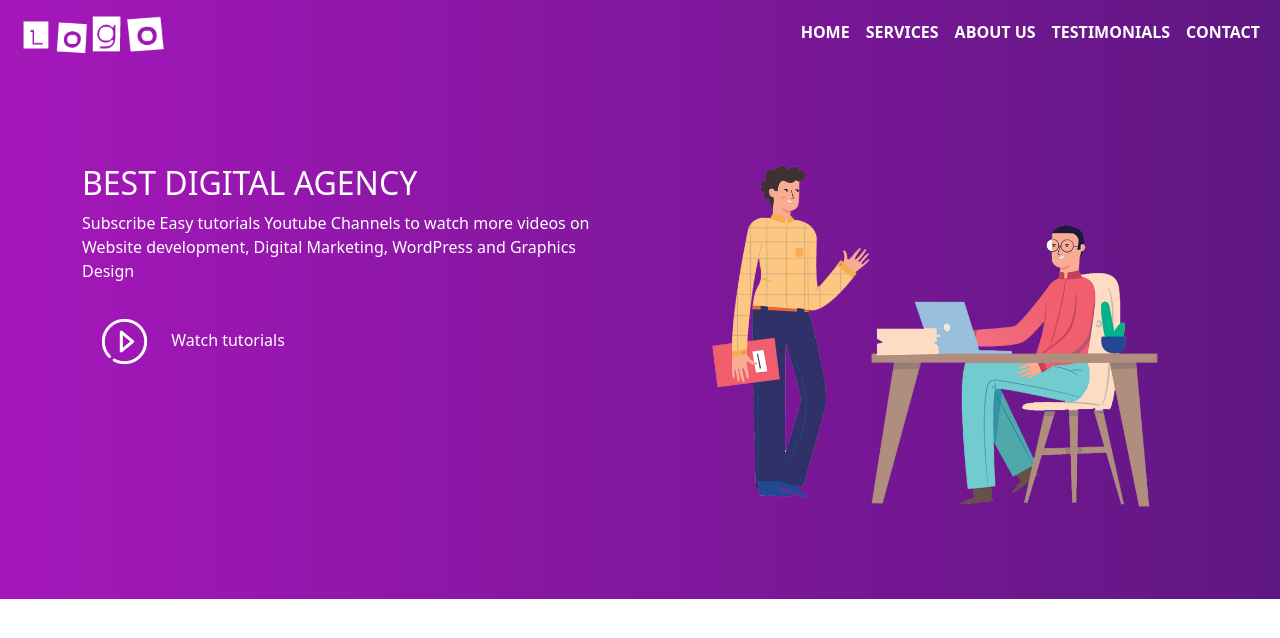
Repository: wadelfadill/Bootstrap_tache_2_website_design
Page: index.html
An editor plug-in stored every save of this project. The page is shown before and after the next save, followed by the edit.
The browser window is 1280 px wide. The pictures show the whole page.
Some web libraries are served in a nearby version.

Above is the page before, as saved 2023-04-05 16:10:12.

### index.html
<!DOCTYPE html>
<html lang="en">
<head>
    <meta charset="UTF-8">
    <meta http-equiv="X-UA-Compatible" content="IE=edge">
    <meta name="viewport" content="width=device-width, initial-scale=1.0">
    <!-- bootstrap css link -->
    <link href="https://cdn.jsdelivr.net/npm/bootstrap@5.1.3/dist/css/bootstrap.min.css" rel="stylesheet" integrity="sha384-1BmE4kWBq78iYhFldvKuhfTAU6auU8tT94WrHftjDbrCEXSU1oBoqyl2QvZ6jIW3" crossorigin="anonymous">
    <!-- css sheet link -->
    <link rel="stylesheet" href="style.css">
    <!-- fontawsome link -->
    <link rel="stylesheet" href="https://cdn.jsdelivr.net/npm/@fortawesome/fontawesome-free@6.2.1/css/fontawesome.min.css">
    <title>bootstrap_website_design</title>
    <script src="https://kit.fontawesome.com/8f130c8a35.js" crossorigin="anonymous"></script>
</head>
<body>
    <section id="nav-bar" class="sticky-top t-0">
        <nav class="navbar navbar-expand-lg navbar-light p-0">
            <div class="container-fluid">
              <a class="navbar-brand" href="#"><img src="images/demo-logo.png" alt="" class="w-75 h-50 p-2"></a>
              <button class="navbar-toggler" type="button" data-bs-toggle="collapse" data-bs-target="#navbarSupportedContent" aria-controls="navbarSupportedContent" aria-expanded="false" aria-label="Toggle navigation">
                <span><i class="fa-solid fa-bars fs-1" style="color: #ffffff;"></i></span>
              </button>
              <div class="collapse navbar-collapse justify-content-end" id="navbarSupportedContent">
                <ul class="navbar-nav ms-auto mb-2 mb-lg-0 ">
                  <li class="nav-item pt-0 pb-1 fw-bold">
                    <a class="nav-link active text-white float-end text-start" aria-current="page" href="#">HOME</a>
                  </li>
                  <li class="nav-item pt-0 pb-1 fw-bold">
                    <a class="nav-link text-white float-end text-start" href="#">SERVICES</a>
                  </li>
                  <li class="nav-item pt-0 pb-1 fw-bold">
                    <a class="nav-link text-white float-end text-start" href="#">ABOUT US</a>
                  </li>
                  <li class="nav-item pt-0 pb-1 fw-bold">
                    <a class="nav-link text-white float-end text-start" href="#">TESTIMONIALS</a>
                  </li>
                  <li class="nav-item pt-0 pb-1 fw-bold">
                    <a class="nav-link text-white float-end text-start" href="#">CONTACT</a>
                  </li>
                </ul>
              </div>
            </div>
          </nav>
    </section>
     <!--banner section  -->
     <section id="banner" class="text-white pt-5">
      <div class="container">
        <div class="row">
          <div class="col-md-6">
            <p class="h2 mt-5">BEST DIGITAL AGENCY</p>
            <p>
              Subscribe Easy tutorials Youtube Channels to watch more videos on
              Website development, Digital Marketing, WordPress and Graphics Design
            </p>
            <a href="" class="tuto text-white text-decoration-none"><img src="images/play.png" alt="" class="play-btn"> Watch tutorials</a>
          </div>
          <div class="col-md-6 text-center">
            <img src="images/home2.png" alt="" class="img-fluid">
          </div>
        </div>
      </div>
     </section>

        <!-- bootstrap js link -->
    <script src="https://cdn.jsdelivr.net/npm/bootstrap@5.1.3/dist/js/bootstrap.bundle.min.js" integrity="sha384-ka7Sk0Gln4gmtz2MlQnikT1wXgYsOg+OMhuP+IlRH9sENBO0LRn5q+8nbTov4+1p" crossorigin="anonymous"></script>
</body>
</html>

### style.css
*{
    margin: 0;
    padding: 0;
}
.navbar{
    background-image: linear-gradient(to right, #a517ba, #5f1782);
}
.navbar-toggler{
    outline: none !important;
}
/* Banner section */
#banner{
    background-image: linear-gradient(to right, #a517ba, #5f1782);


}
.play-btn{
    width: 45px;
    margin: 20px;
}

After the next save:
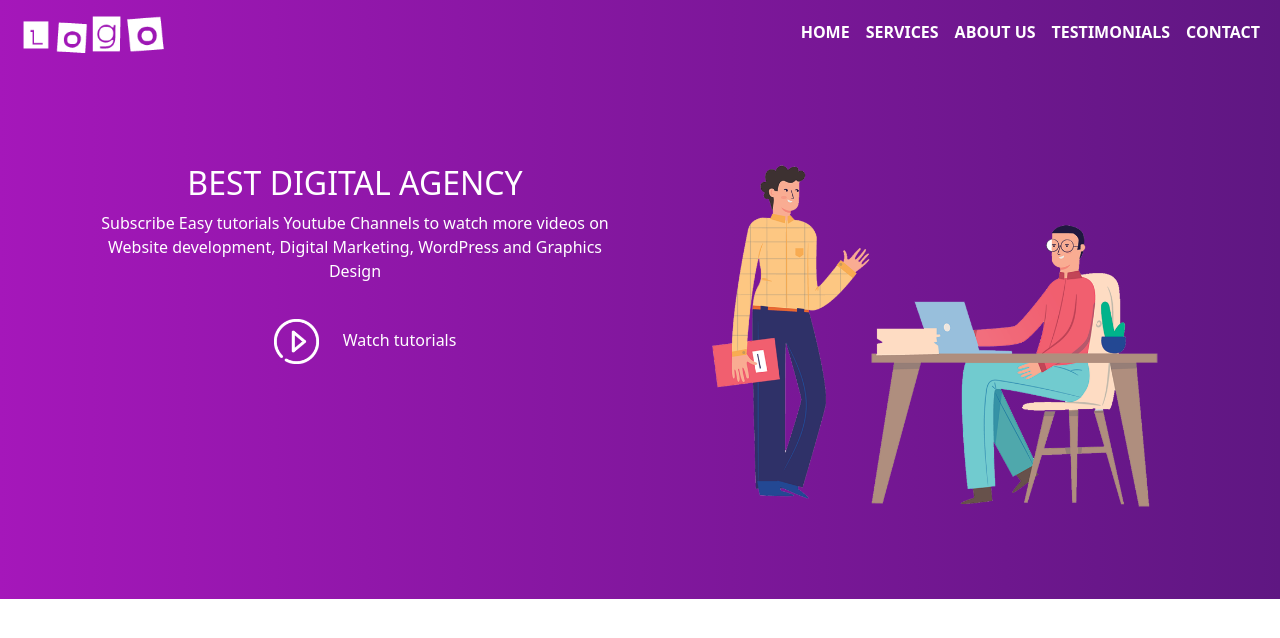
Saved 95 s later.
--- a/index.html
+++ b/index.html
@@ -47,7 +47,7 @@
      <section id="banner" class="text-white pt-5">
       <div class="container">
         <div class="row">
-          <div class="col-md-6">
+          <div class="col-md-6 text-center">
             <p class="h2 mt-5">BEST DIGITAL AGENCY</p>
             <p>
               Subscribe Easy tutorials Youtube Channels to watch more videos on
@@ -55,7 +55,7 @@
             </p>
             <a href="" class="tuto text-white text-decoration-none"><img src="images/play.png" alt="" class="play-btn"> Watch tutorials</a>
           </div>
-          <div class="col-md-6 text-center">
+          <div class="col-md-6">
             <img src="images/home2.png" alt="" class="img-fluid">
           </div>
         </div>

After the save that followed:
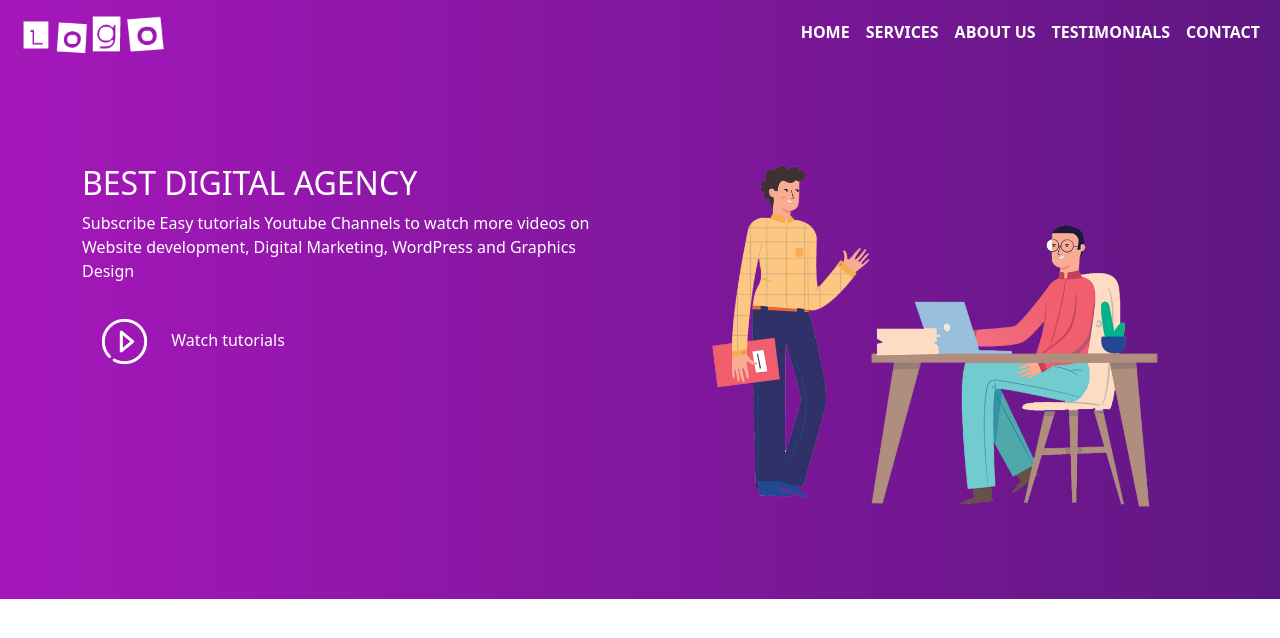
Saved 16 s later.
--- a/index.html
+++ b/index.html
@@ -47,7 +47,7 @@
      <section id="banner" class="text-white pt-5">
       <div class="container">
         <div class="row">
-          <div class="col-md-6 text-center">
+          <div class="col-md-6">
             <p class="h2 mt-5">BEST DIGITAL AGENCY</p>
             <p>
               Subscribe Easy tutorials Youtube Channels to watch more videos on
@@ -55,7 +55,7 @@
             </p>
             <a href="" class="tuto text-white text-decoration-none"><img src="images/play.png" alt="" class="play-btn"> Watch tutorials</a>
           </div>
-          <div class="col-md-6">
+          <div class="col-md-6 text-center">
             <img src="images/home2.png" alt="" class="img-fluid">
           </div>
         </div>
